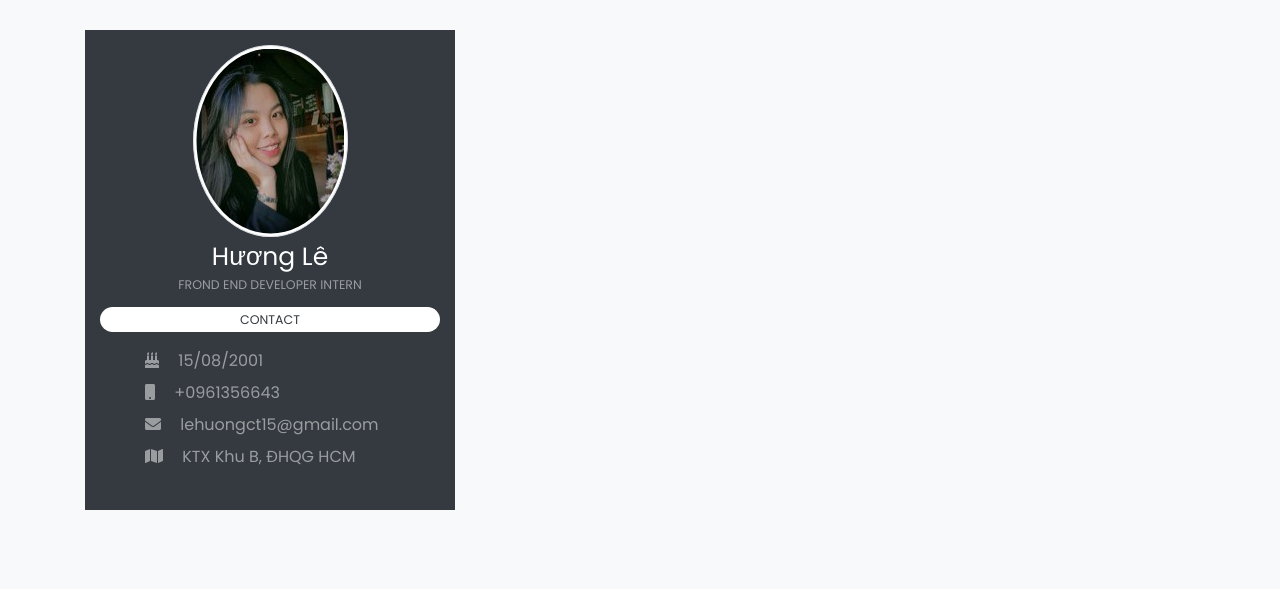
Repository: huongle158/cvhuongle
Page: index.html
These files come from the project's save history. The page is drawn as it stood at one moment and after the next save; the edit follows.
The browser window is 1280 px wide. The pictures show the whole page.
Some web libraries are served in a nearby version.

Above is the page before, as saved 2021-12-12 23:28:33.

After the next save:
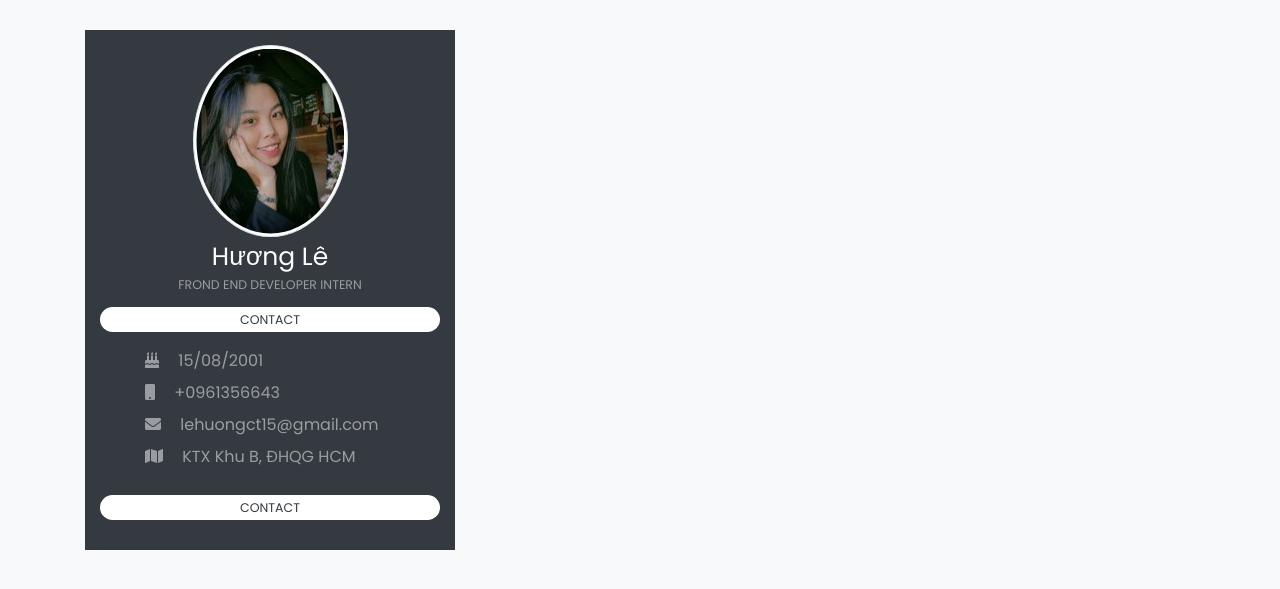
Saved 69 s later.
--- a/index.html
+++ b/index.html
@@ -59,10 +59,12 @@
                       <i class="fa fa-map mx-4"></i>
                       KTX Khu B, ĐHQG HCM
                   </li>
-
               </ul>
           </div>
+          <div>
+              <h5 class="text-uppercase bg-white text-dark py-2 rounded-pill mb-4" >contact</h5>
 
+          </div>
 
 
         </div>
